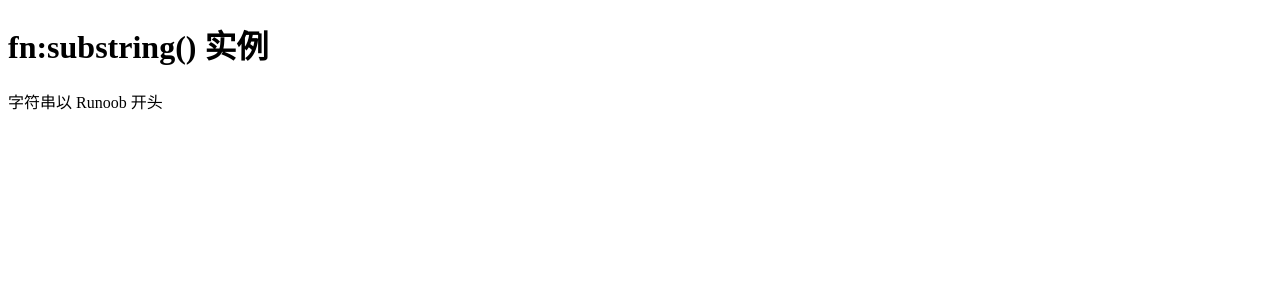
Repository: eterinfi/java
Page: http://localhost/JSPDemo/JSTLDemo/functions/fn_substring.jsp
The author's editor kept a copy of each file at every save. The page is drawn from the files as they stood at one save, then again after the next save.
The browser window is 1280 px wide. The pictures show the whole page.
The page is served by Tomcat 9. Other server files are loaded and not shown.

Above is the page before, as saved 2016-11-16 05:14:01.

### jee/JSPDemo/WebContent/JSTLDemo/functions/fn_substring.jsp
<%@ page language="java" contentType="text/html; charset=UTF-8"
    pageEncoding="UTF-8"%>
<%@ taglib prefix="c" uri="http://java.sun.com/jsp/jstl/core" %>
<%@ taglib prefix="fn" uri="http://java.sun.com/jsp/jstl/functions" %>
<!DOCTYPE html PUBLIC "-//W3C//DTD HTML 4.01 Transitional//EN" "http://www.w3.org/TR/html4/loose.dtd">
<html>
<head>
  <meta http-equiv="Content-Type" content="text/html; charset=UTF-8">
  <title>JSTL fn:substring 函数实例</title>
</head>
<body>
  <h1>fn:substring() 实例</h1>
  <c:set var="theString" value="Runoob: I am from runoob." />
  <c:if test="${fn:startsWith(theString, 'Google')}">
    <p>字符串以 Google 开头</p>
  </c:if>
  <c:if test="${fn:startsWith(theString, 'Runoob')}">
    <p>字符串以 Runoob 开头</p>
  </c:if>
</body>
</html>

After the next save:
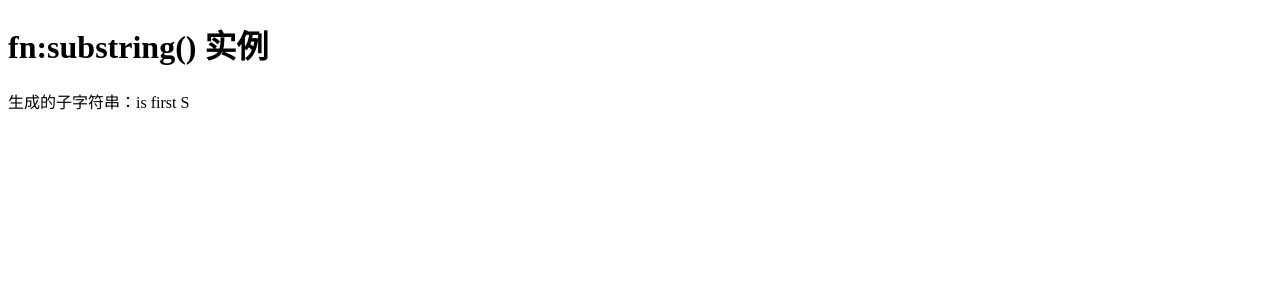
Saved 2 min 6 s later.
--- a/jee/JSPDemo/WebContent/JSTLDemo/functions/fn_substring.jsp
+++ b/jee/JSPDemo/WebContent/JSTLDemo/functions/fn_substring.jsp
@@ -10,12 +10,8 @@
 </head>
 <body>
   <h1>fn:substring() 实例</h1>
-  <c:set var="theString" value="Runoob: I am from runoob." />
-  <c:if test="${fn:startsWith(theString, 'Google')}">
-    <p>字符串以 Google 开头</p>
-  </c:if>
-  <c:if test="${fn:startsWith(theString, 'Runoob')}">
-    <p>字符串以 Runoob 开头</p>
-  </c:if>
+  <c:set var="string1" value="This is first String." />
+  <c:set var="string2" value="${fn:substring(string1, 5, 15)}" />
+  <p>生成的子字符串：${string2}</p>
 </body>
 </html>
